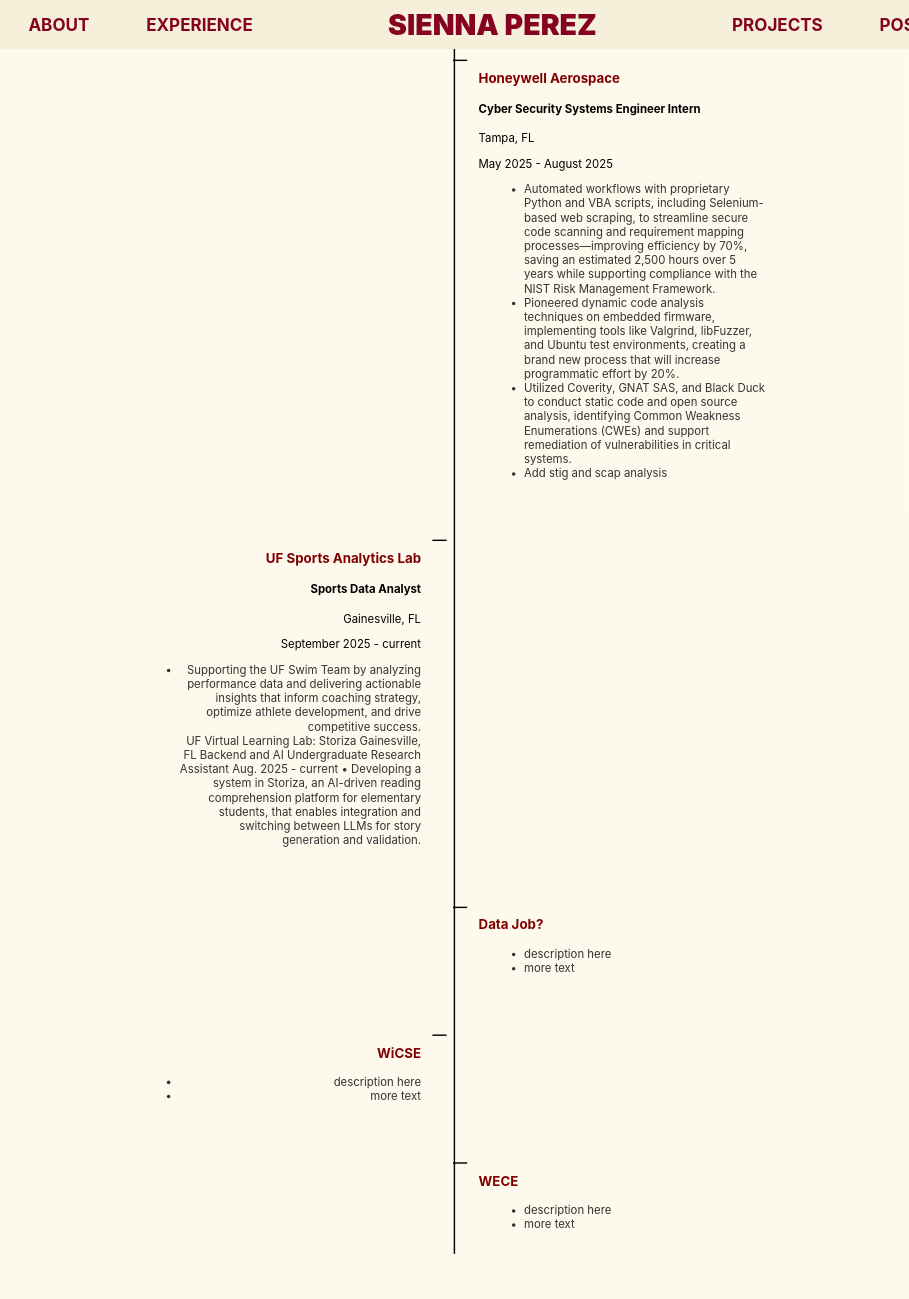
Repository: siennaperez/siennaperezweb
Page: /experience
An editor plug-in stored every save of this project. The page is shown before and after the next save, followed by the edit.
The browser window is 1280 px wide. The pictures show the whole page, at 71% of full size.
The project was rebuilt for these pictures with package versions that can differ from the ones it lists, and the page was loaded fresh each time. Also part of the build but not shown: src/App.css, src/pages/About.css, src/pages/About.js, src/pages/Home.js.

Above is the page before, as saved 2025-09-21 15:23:58.

After the next save:
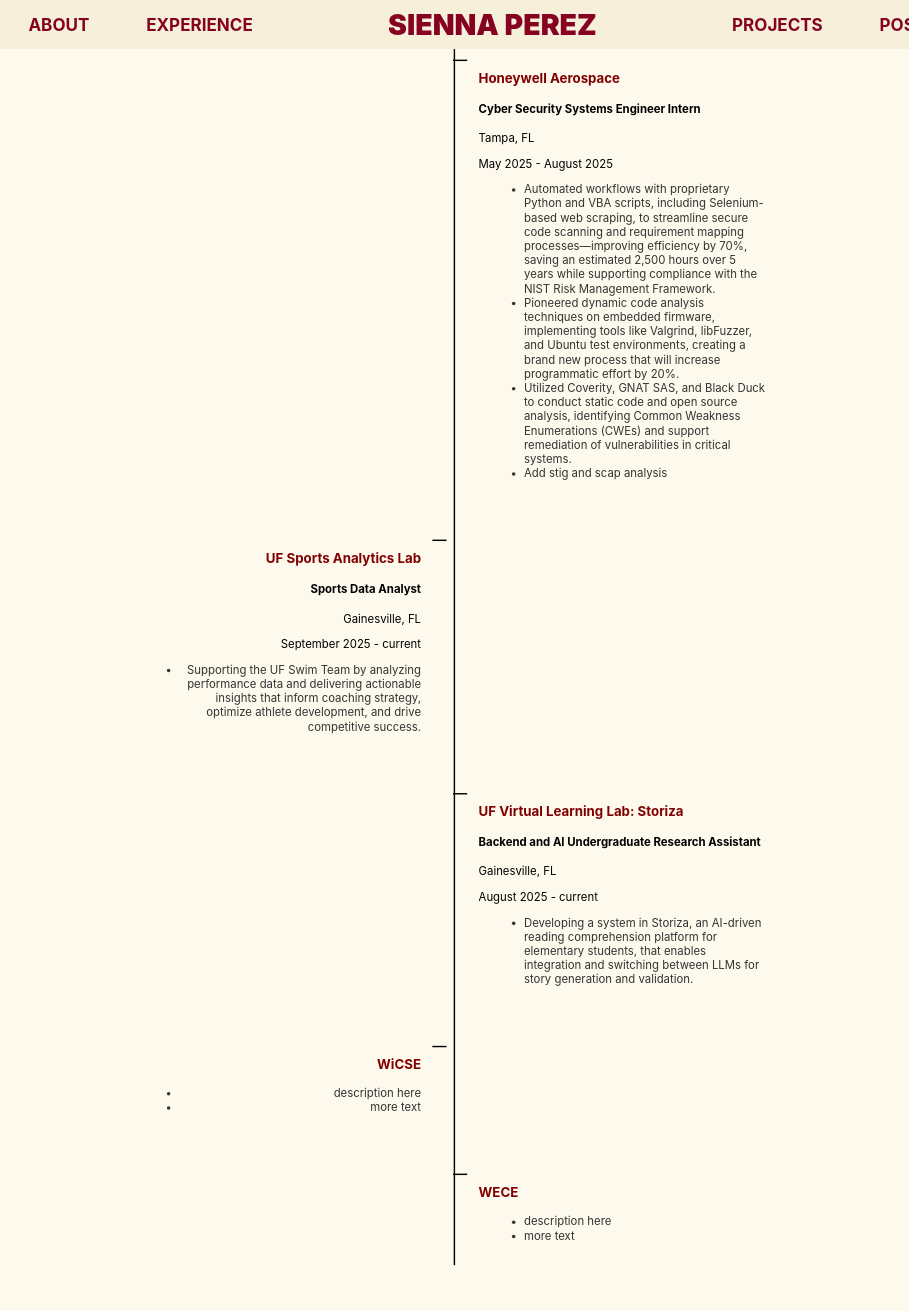
Saved 49 s later.
--- a/src/pages/Experience.js
+++ b/src/pages/Experience.js
@@ -27,20 +27,17 @@
             <p>September 2025 - current</p>
           <ul>
             <li>Supporting the UF Swim Team by analyzing performance data and delivering actionable insights that inform coaching strategy, optimize athlete development, and drive competitive success.</li>
-
-UF Virtual Learning Lab: Storiza					                     			          Gainesville, FL
-Backend and AI Undergraduate Research Assistant		 					  Aug. 2025 - current
-•	Developing a system in Storiza, an AI-driven reading comprehension platform for elementary students, that enables integration and switching between LLMs for story generation and validation.
-
           </ul>
         </div>
 
         {/* Data Job */}
         <div className="timeline-item right">
-          <h3>Data Job?</h3>
+          <h3>UF Virtual Learning Lab: Storiza</h3>
+          <h4>Backend and AI Undergraduate Research Assistant</h4>
+            <p>Gainesville, FL</p>
+            <p>August 2025 - current</p>
           <ul>
-            <li>description here</li>
-            <li>more text</li>
+            <li>Developing a system in Storiza, an AI-driven reading comprehension platform for elementary students, that enables integration and switching between LLMs for story generation and validation. </li>
           </ul>
         </div>
 
